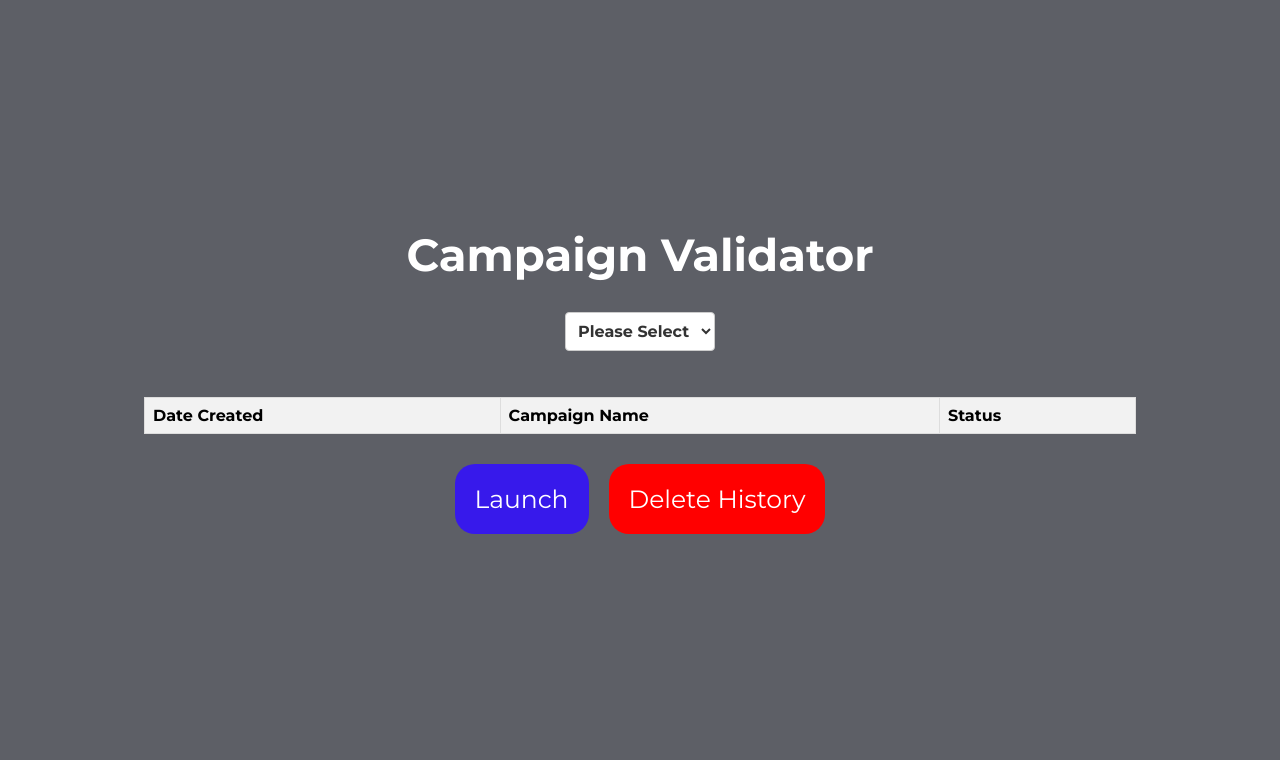
Repository: AbApin/project
Page: / (app in frontend/)
An editor plug-in stored every save of this project. The page is shown before and after the next save, followed by the edit.
The browser window is 1280 px wide. The pictures show the whole page.
The page's requests for data from a server got no answer. The project was rebuilt for these pictures with package versions that can differ from the ones it lists, and the page was loaded fresh each time. No one was signed in, and anything a server would have sent is missing. Also part of the build but not shown: frontend/vue.config.js.

Above is the page before, as saved 2023-02-22 12:17:30.

After the next save:
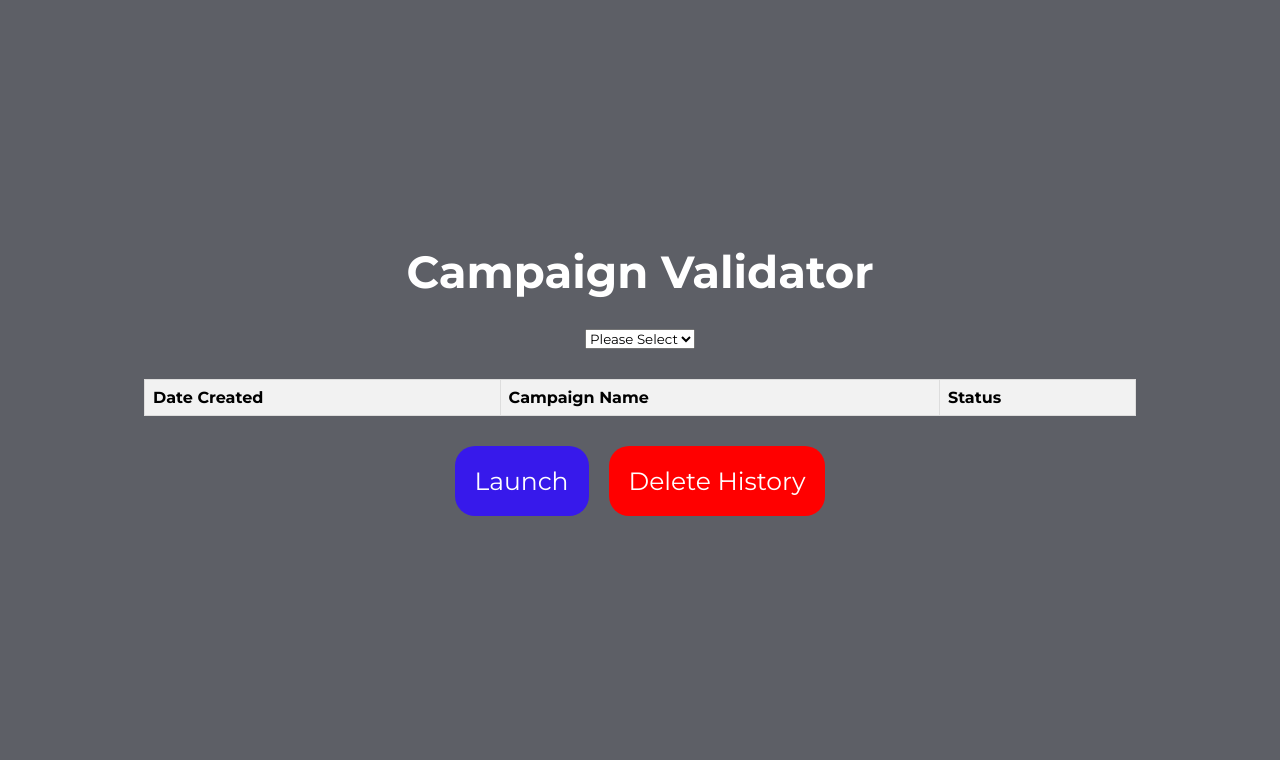
Saved 14 s later.
--- a/frontend/src/App.vue
+++ b/frontend/src/App.vue
@@ -127,37 +127,7 @@ export default {
 .deleteBtn:hover {
   box-shadow: 0 0 10px red;
 }
-select.campaignsList {
-  font-size: 16px;
-  font-weight: bold;
-  color: #333;
-  padding: 8px;
-  margin-bottom: 16px;
-  border: 1px solid #ccc;
-  border-radius: 4px;
-  background-color: #fff;
-  cursor: pointer;
-  transition: all 0.3s;
-}
 
-select.campaignsList:hover {
-  border-color: #999;
-}
-
-select.campaignsList:focus {
-  outline: none;
-  border-color: #4d90fe;
-  box-shadow: 0 0 0 2px rgba(77, 144, 254, 0.2);
-}
-
-.campaignOption {
-  font-size: 14px;
-  font-weight: normal;
-}
-
-.campaignOption:hover {
-  background-color: #f2f2f2;
-}
 
 /* table */
 table {

After the save that followed:
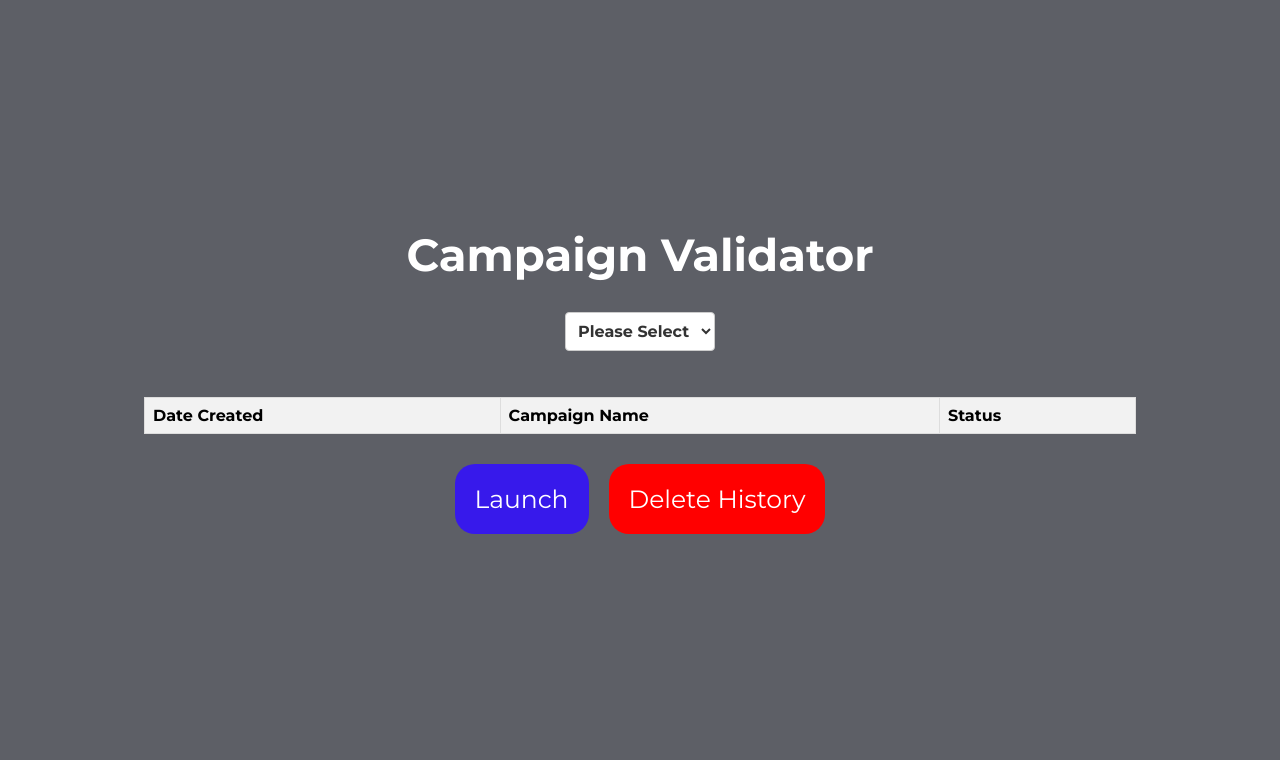
Saved 2 s later.
--- a/frontend/src/components/CampaignList.vue
+++ b/frontend/src/components/CampaignList.vue
@@ -43,5 +43,35 @@ export default {
 </script>
 
 <style>
+select.campaignsList {
+  font-size: 16px;
+  font-weight: bold;
+  color: #333;
+  padding: 8px;
+  margin-bottom: 16px;
+  border: 1px solid #ccc;
+  border-radius: 4px;
+  background-color: #fff;
+  cursor: pointer;
+  transition: all 0.3s;
+}
 
+select.campaignsList:hover {
+  border-color: #999;
+}
+
+select.campaignsList:focus {
+  outline: none;
+  border-color: #4d90fe;
+  box-shadow: 0 0 0 2px rgba(77, 144, 254, 0.2);
+}
+
+.campaignOption {
+  font-size: 14px;
+  font-weight: normal;
+}
+
+.campaignOption:hover {
+  background-color: #f2f2f2;
+}
 </style>
